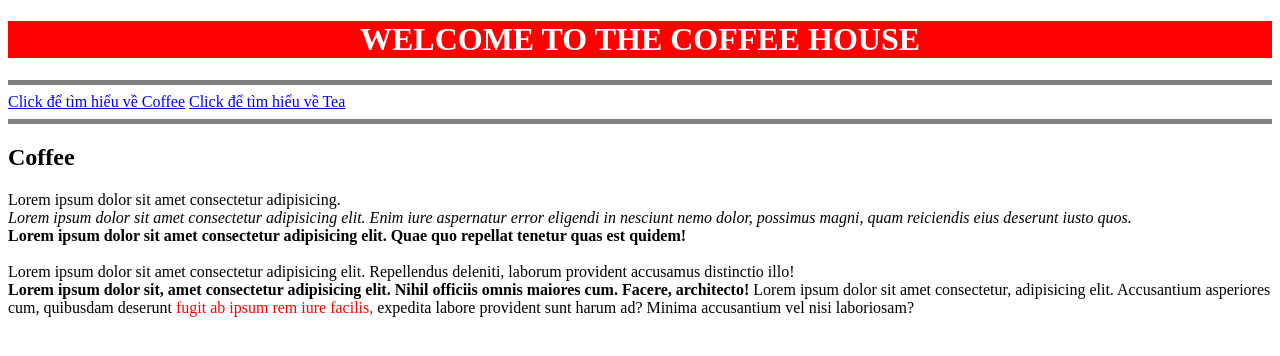
Repository: giahuy405/HomeWork_Coffee
Page: index.html
An editor plug-in stored every save of this project. The page is shown before and after the next save, followed by the edit.
The browser window is 1280 px wide. The pictures show the whole page.

Above is the page before, as saved 2022-09-07 01:13:00.

### index.html
<!DOCTYPE html>
<html lang="en">
<head>
    <meta charset="UTF-8">
    <meta http-equiv="X-UA-Compatible" content="IE=edge">
    <meta name="viewport" content="width=device-width, initial-scale=1.0">
    <title>Document</title>
    <link rel="stylesheet" href="./css/index.css">
</head>
<body>
    <header>
        <h1 style="background-color: red;text-align:center;color:white">WELCOME TO THE COFFEE HOUSE</h1>
        <hr size="5px" noshade>
        <nav>
            <a style="color: blue;" href="#">Click để tìm hiểu về Coffee</a>
            <a style="color: blue;" href="#">Click để tìm hiểu về Tea</a>
        </nav>
        <hr size="5px" noshade>
    </header>

    <div class="coffee-intro">
        <h2>Coffee</h2>
        <p>Lorem ipsum dolor sit amet consectetur adipisicing.
            <br>
            <i>Lorem ipsum dolor sit amet consectetur adipisicing elit. Enim iure aspernatur error eligendi in nesciunt nemo dolor, possimus magni, quam reiciendis eius deserunt iusto quos.</i>
            <br>
            <b>Lorem ipsum dolor sit amet consectetur adipisicing elit. Quae quo repellat tenetur quas est quidem!</b>
            <br><br>
            Lorem ipsum dolor sit amet consectetur adipisicing elit. Repellendus deleniti, laborum provident accusamus distinctio illo! <br>
            <b>Lorem ipsum dolor sit, amet consectetur adipisicing elit. Nihil officiis omnis maiores cum. Facere, architecto!</b>
            Lorem ipsum dolor sit amet consectetur, adipisicing elit. Accusantium asperiores cum, quibusdam deserunt <span style="color: red;">fugit ab ipsum rem iure facilis,</span> expedita labore provident sunt harum ad? Minima accusantium vel nisi laboriosam?
        </p>

    </div>
</body>
</html>

Loaded but not shown: css/index.css (no stored copy; drawn as an empty file)

After the next save:
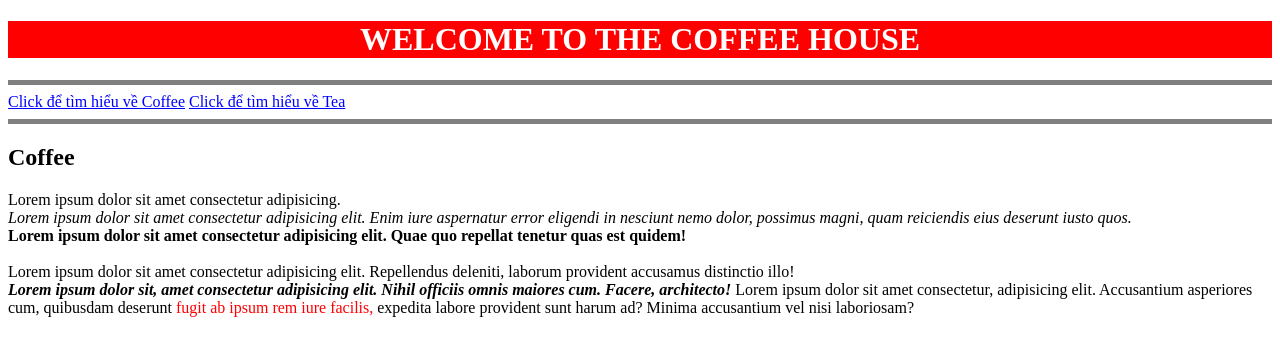
Saved 19 s later.
--- a/index.html
+++ b/index.html
@@ -27,7 +27,7 @@
             <b>Lorem ipsum dolor sit amet consectetur adipisicing elit. Quae quo repellat tenetur quas est quidem!</b>
             <br><br>
             Lorem ipsum dolor sit amet consectetur adipisicing elit. Repellendus deleniti, laborum provident accusamus distinctio illo! <br>
-            <b>Lorem ipsum dolor sit, amet consectetur adipisicing elit. Nihil officiis omnis maiores cum. Facere, architecto!</b>
+            <b><i>Lorem ipsum dolor sit, amet consectetur adipisicing elit. Nihil officiis omnis maiores cum. Facere, architecto!</i></b>
             Lorem ipsum dolor sit amet consectetur, adipisicing elit. Accusantium asperiores cum, quibusdam deserunt <span style="color: red;">fugit ab ipsum rem iure facilis,</span> expedita labore provident sunt harum ad? Minima accusantium vel nisi laboriosam?
         </p>
 
